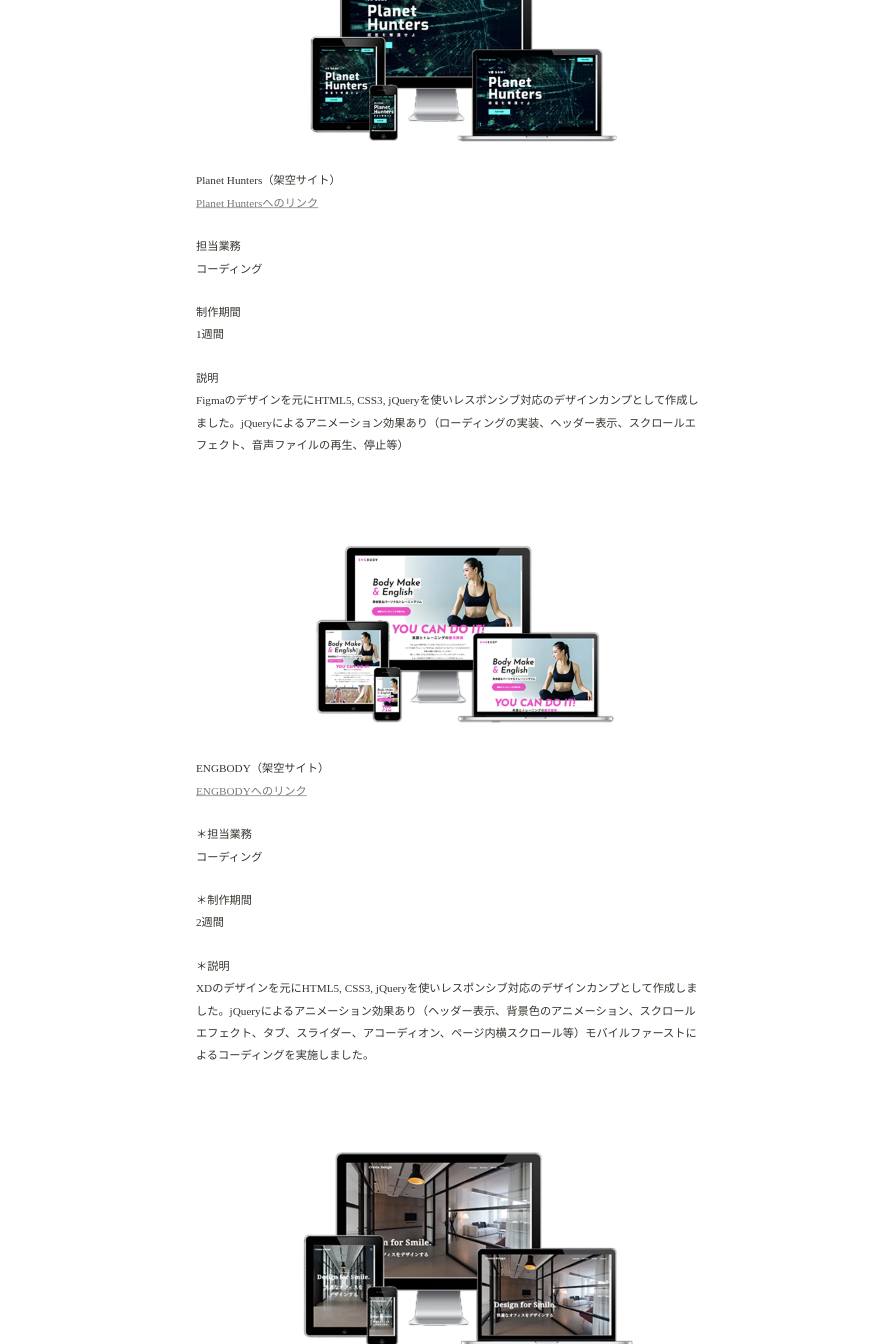
Repository: tetishi/my-portfolio
Page: index.html
An editor plug-in stored every save of this project. The page is shown before and after the next save, followed by the edit.
The browser window is 1280 px wide. The pictures show the part of the page from y = 3955 to 5875 px (the page is 11517 px tall before and 11485 px after), at 70% of full size.
The style sheet was rebuilt from its Sass, Less or Tailwind sources for each picture, by a compiler version that may differ from the author's.

Above is the page before, as saved 2024-05-19 15:48:04.

After the next save:
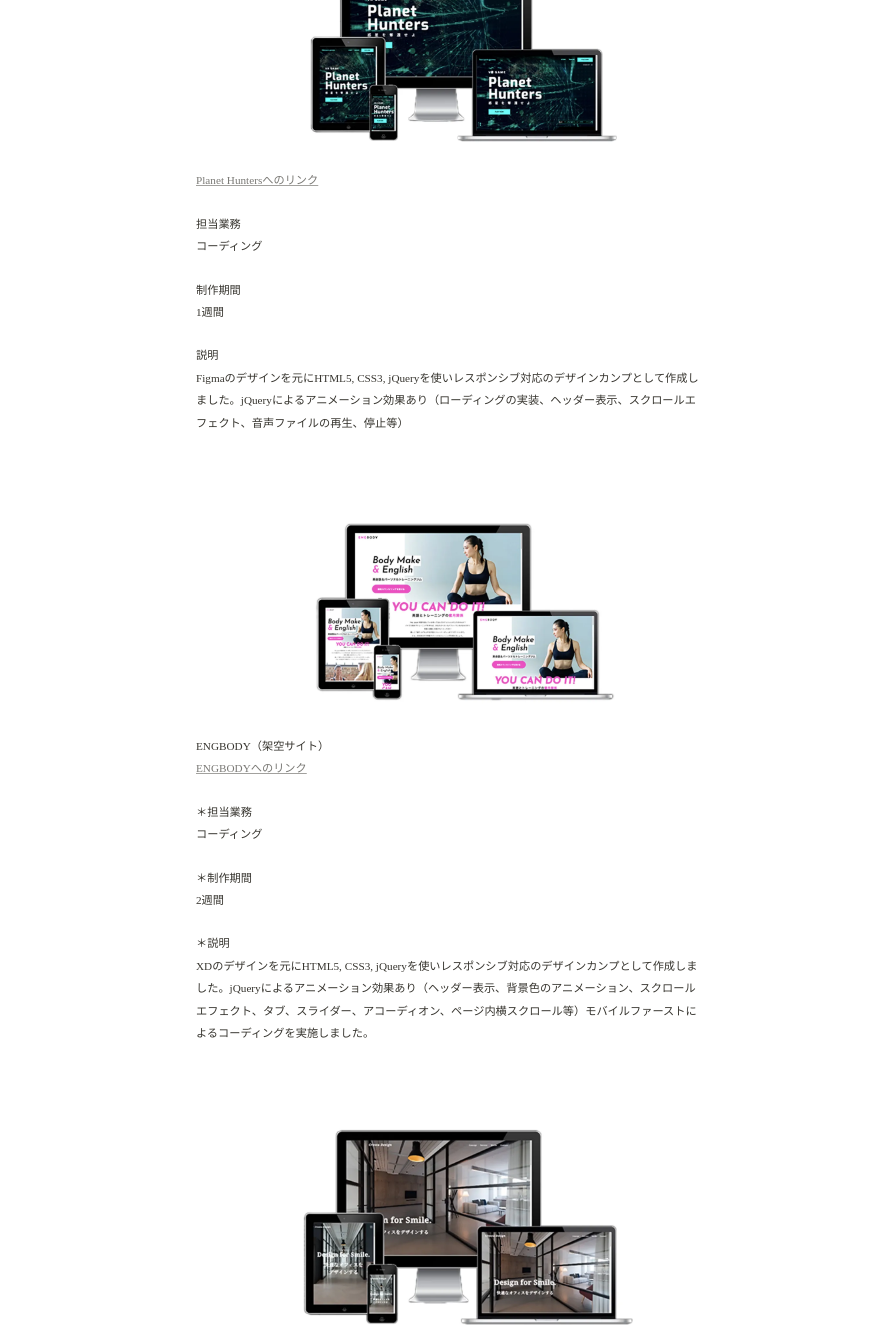
Saved 9 s later.
--- a/index.html
+++ b/index.html
@@ -206,8 +206,6 @@
                     <img src="img/planet-hunters@2x.png">
                 </picture>
                 <!-- ここ記入 -->
-                <p class="work_tit">Planet Hunters（架空サイト）</p>
-                <!-- ここ記入 -->
                 <p class="work_link"><a target="_blank" rel="noopener noreferrer" href="https://tetishi.github.io/planet-hunters/">Planet Huntersへのリンク</a></p>
                 <p class="details">担当業務</p>
                 <p>コーディング</p>
